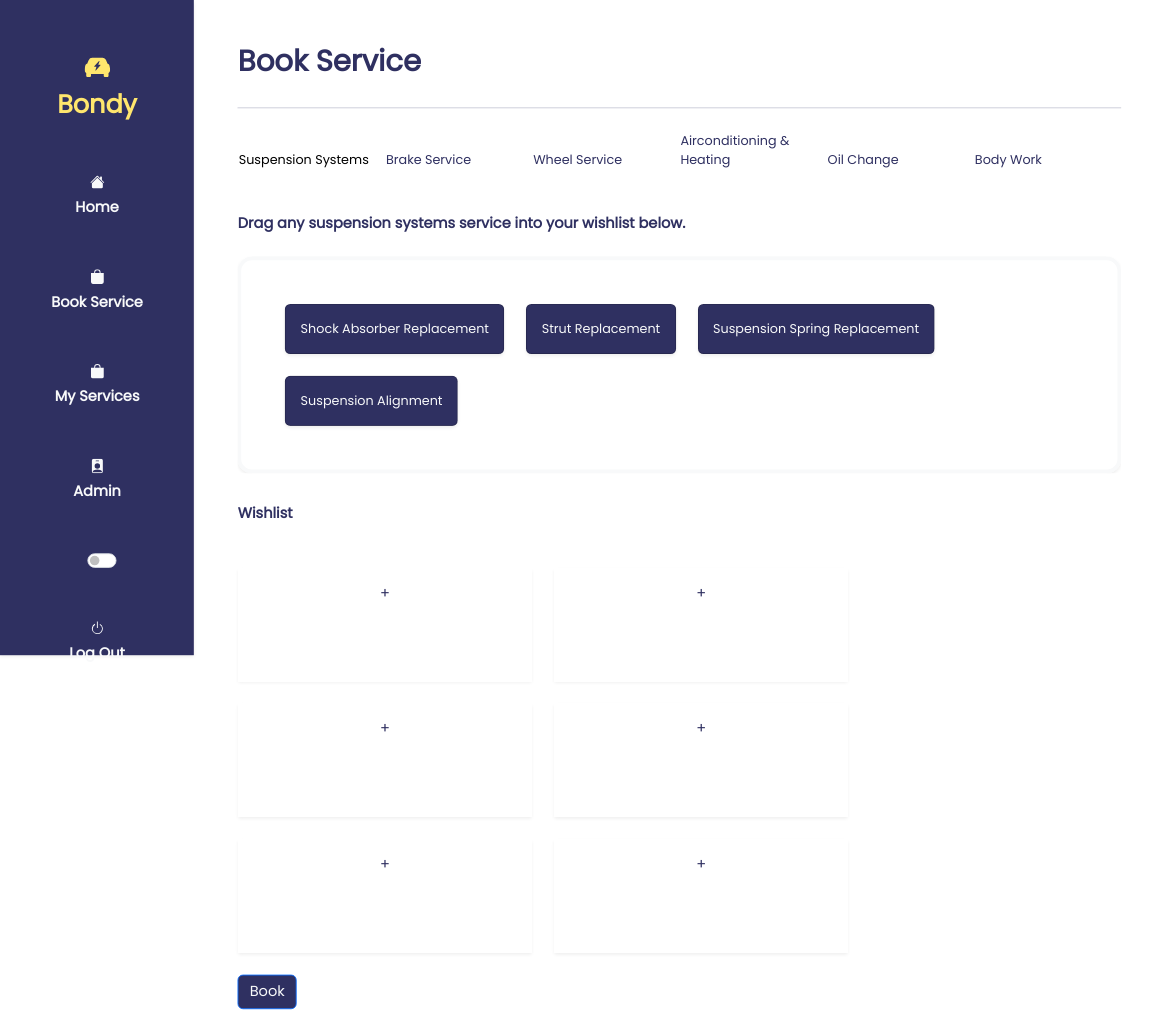
Repository: duzzisantos/bondy
Page: /book-service
An editor plug-in stored every save of this project. The page is shown before and after the next save, followed by the edit.
The browser window is 1280 px wide. The pictures show the whole page, at 91% of full size.
Some web libraries are served in a nearby version. The project was rebuilt for these pictures with package versions that can differ from the ones it lists, and the page was loaded fresh each time. Also part of the build but not shown: src/components/Home/LandingPage.scss, src/components/Home/LandingPageScrollContainer.tsx, src/components/Home/TrendingServices.tsx, src/views/LandingPage.tsx, src/components/Services/ServiceTemplate.tsx, src/views/Services.tsx.

Above is the page before, as saved 2023-06-28 23:40:34.

After the next save:
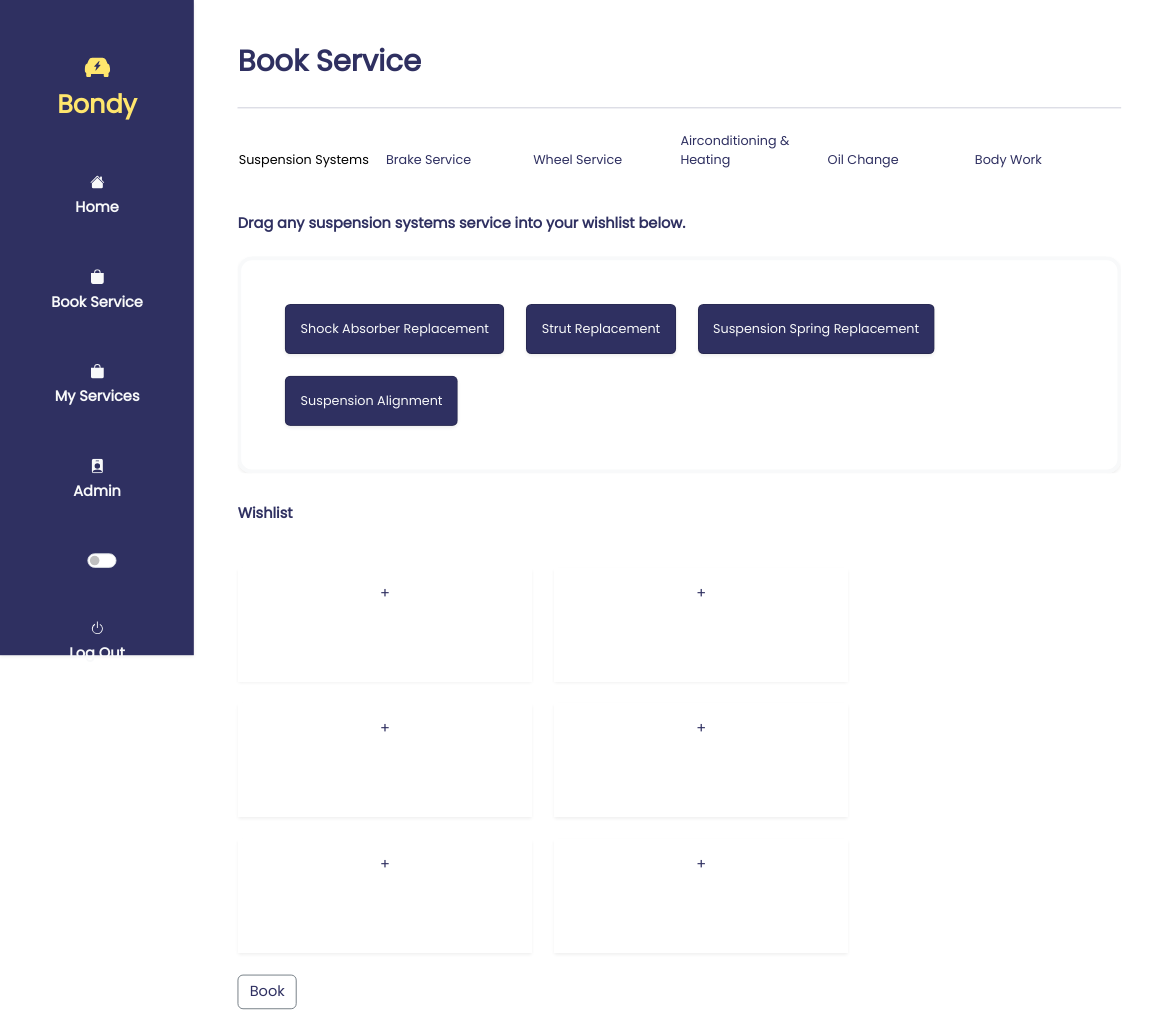
Saved 12 s later.
--- a/src/components/Services/BookingForm.tsx
+++ b/src/components/Services/BookingForm.tsx
@@ -73,7 +73,10 @@ const BookingForm: FunctionComponent<FormValues> = ({
           onChange={(e: any) => setWishListSix(e.target.value)}
         />
       </div>
-      <Button type="submit" className="main-button text-light">
+      <Button
+        type="submit"
+        className="btn bg-transparent border-secondary custom-color"
+      >
         Book
       </Button>
     </Form>
